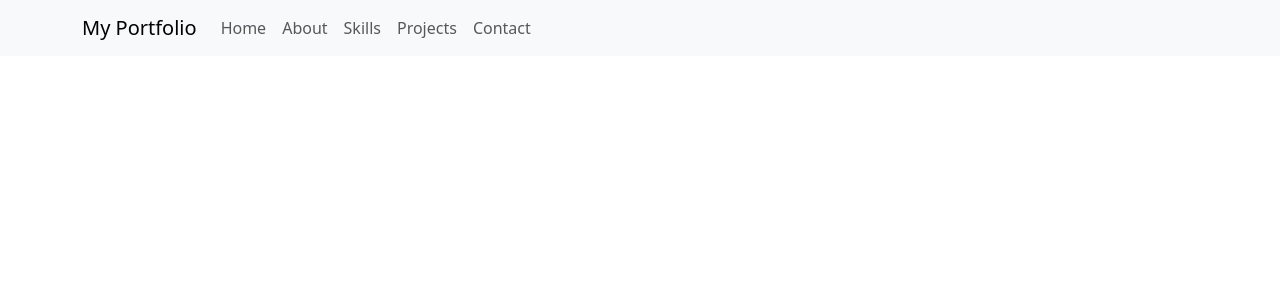
Repository: NalweMari/My-Personal-Portfolio
Page: index.html
An editor plug-in stored every save of this project. The page is shown before and after a run of saves, followed by the edit.
The browser window is 1280 px wide. The pictures show the whole page.

Above is the page before, as saved 2025-11-27 12:31:30.
Console error (its wording comes from the project's code and is left out).

### index.html
<!DOCTYPE html>
<html lang="en">

<head>
    <meta charset="UTF-8">
    <meta name="viewport" content="width=device-width, initial-scale=1.0">
    <title>My Portfolio</title>
    <link rel="stylesheet" href="style.css">
    <!-- Bootstrap CSS -->
    <link href="https://cdn.jsdelivr.net/npm/bootstrap@5.3.0/dist/css/bootstrap.min.css" rel="stylesheet">
    <!-- Font Awesome for icons -->
    <link rel="stylesheet" href="https://cdnjs.cloudflare.com/ajax/libs/font-awesome/6.4.0/css/all.min.css">

</head>

<body>
    <!-- Navigation -->

    <nav class="navbar navbar-expand-lg navbar-light bg-light pink">
        <div class="container">
            <a class="navbar-brand" href="#">My Portfolio</a> <button class="navbar-toggler" type="button" data- 6
                toggle="collapse" data-target="#navbarNav" aria-controls="navbarNav" aria-expanded="false"
                aria-label="Toggle navigation"> <span class="navbar-toggler-icon"></span> </button>
            <div class="collapse navbar-collapse" id="navbarNav">
                <ul class="navbar-nav">
                    <a class="nav-link" href="#">Home</a>
                    </li>
                    <li class="nav-item">
                        <a class="nav-link" href="#">About</a>
                    </li>
                    <li class="nav-item">
                        <a class="nav-link" href="#">Skills</a>
                    </li>
                    <li class="nav-item">
                        <a class="nav-link" href="#">Projects</a>
                    </li>
                    <li class="nav-item">
                        <a class="nav-link" href="#">Contact</a>
                    <li class="nav-item active">
                </ul>
            </div>
        </div>
    </nav>

    <script src="https://stackpath.bootstrapcdn.com/bootstrap/4.5.2/js/bootstrap.min.js"></script>
</body>

</html>

### Style.css
.hero-section {
  background: linear-gradient(rgba(0, 0, 0, 0.7), beige),
    url("https://via.placeholder.com/1500") center/cover no-repeat;
  color: white;
  padding: 150px 0;
}
.skill-bar {
  height: 20px;
  background-color: #e9ecef;
  border-radius: 5px;
  margin-bottom: 15px;
}
.skill-progress {
  height: 100%;
  border-radius: 5px;
  background-color: #0d6efd;
}
.project-card {
  transition: transform 0.3s;
}
.project-card:hover {
  transform: translateY(-5px);
}

After the next 3 saves:
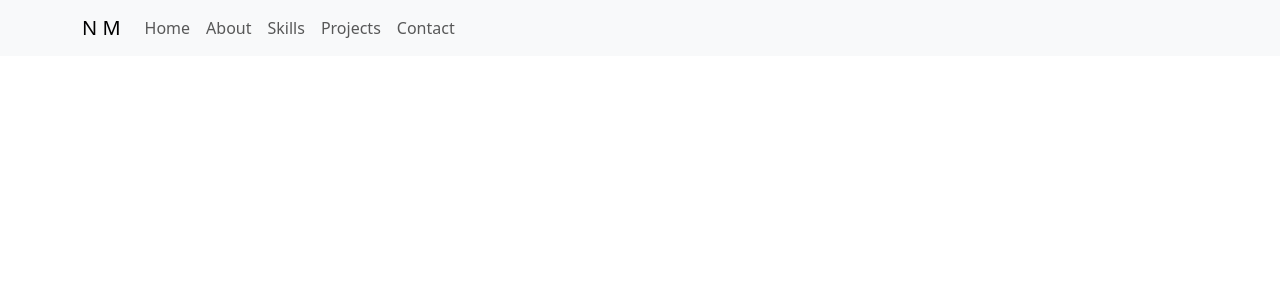
The 3 saves are shown as one change because they came seconds apart.
The last was saved 3 min 49 s later.
--- a/index.html
+++ b/index.html
@@ -18,7 +18,7 @@
 
     <nav class="navbar navbar-expand-lg navbar-light bg-light pink">
         <div class="container">
-            <a class="navbar-brand" href="#">My Portfolio</a> <button class="navbar-toggler" type="button" data- 6
+            <a class="navbar-brand" href="#">N M</a> <button class="navbar-toggler" type="button" data- 6
                 toggle="collapse" data-target="#navbarNav" aria-controls="navbarNav" aria-expanded="false"
                 aria-label="Toggle navigation"> <span class="navbar-toggler-icon"></span> </button>
             <div class="collapse navbar-collapse" id="navbarNav">
